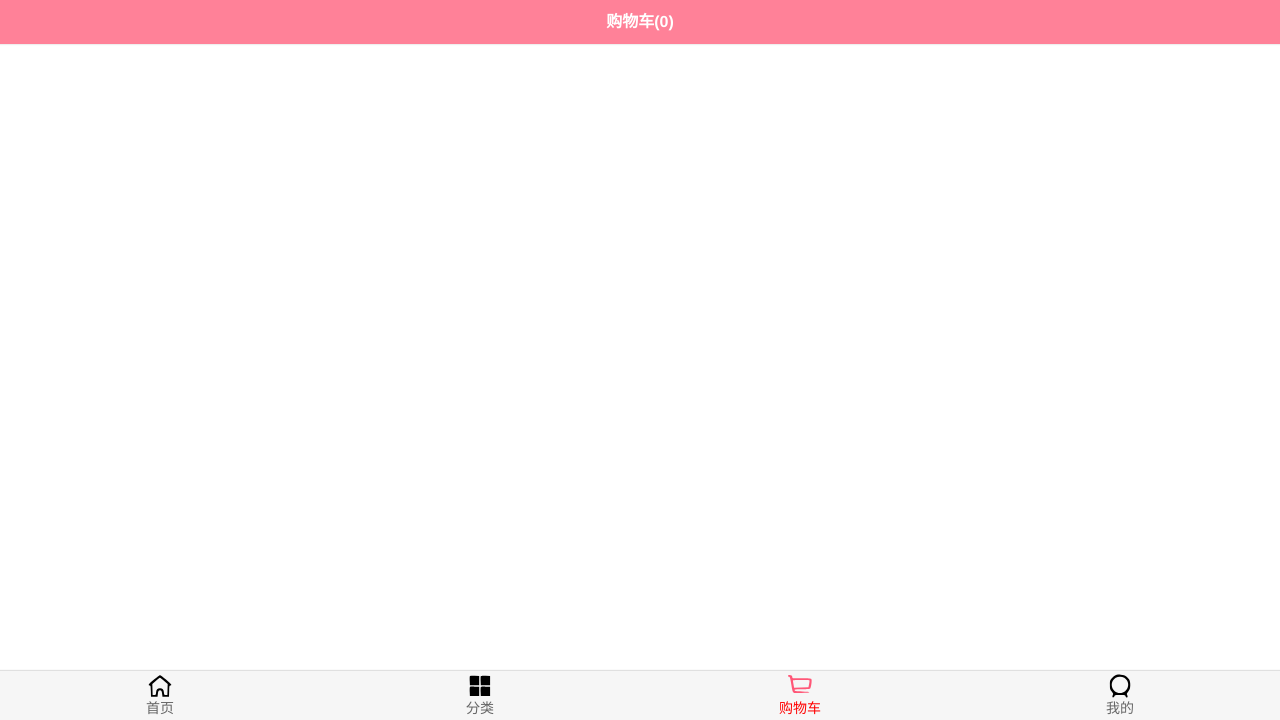
Repository: 2074623967/mymall
Page: /cart
An editor plug-in stored every save of this project. The page is shown before and after the next save, followed by the edit.
The browser window is 1280 px wide. The pictures show the whole page.
The project was rebuilt for these pictures with package versions that can differ from the ones it lists, and the page was loaded fresh each time. Also part of the build but not shown: vue.config.js, src/views/cart/childComps/CheckButton.vue, src/views/cart/childComps/CartListItem.vue. Imported but missing from the stored project, and not drawn on this page: src/common/const.

Above is the page before, as saved 2021-09-01 19:51:54.

After the next save:
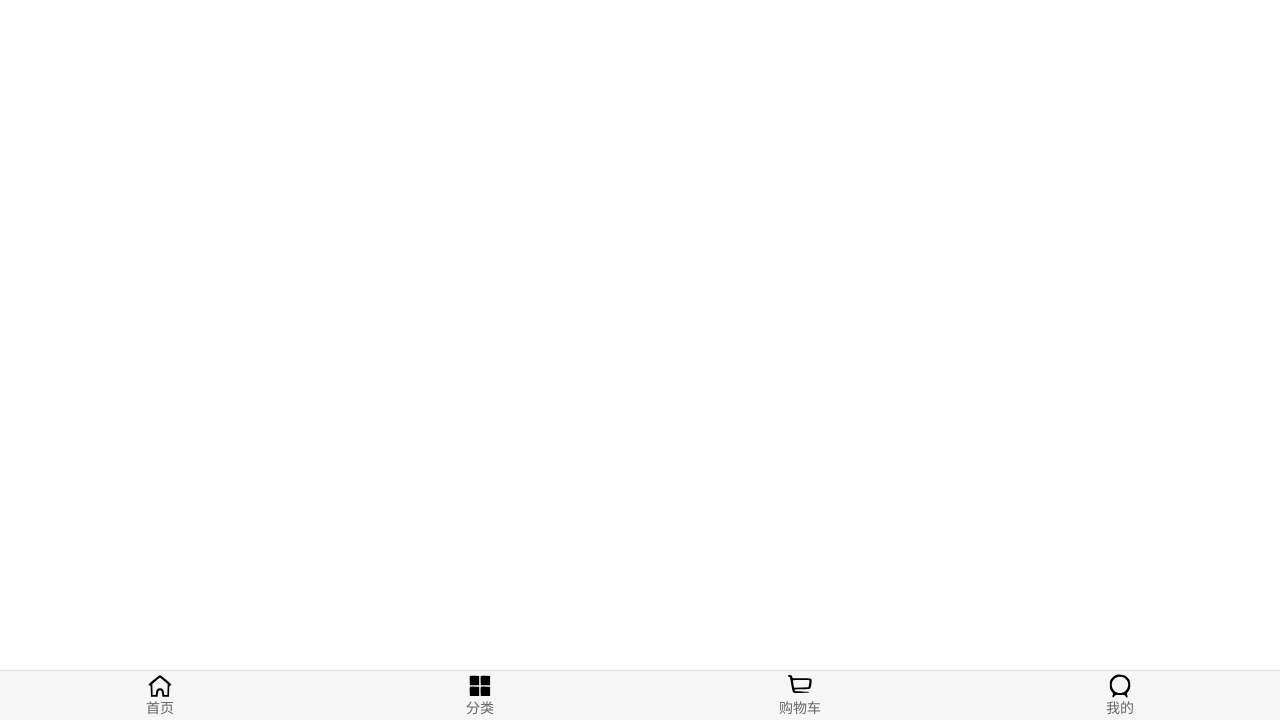
Saved 119 s later.
--- a/src/views/cart/Cart.vue
+++ b/src/views/cart/Cart.vue
@@ -5,17 +5,20 @@
       <!--商品列表-->
     <cart-list/>
     <!--底部汇总价格-->
+    <cart-bottom-bar/>
   </div>
 </template>
 
 <script>
 import CartNavBar from './childComps/CartNavBar'
 import CartList from './childComps/CartList'
+import CartBottomBar from './childComps/CarBottomBar'
   export default {
     name: "Cart",
     components:{
       CartNavBar,
-      CartList
+      CartList,
+      CarBottomBar
     }
   }
 </script>

After the 2 saves that followed:
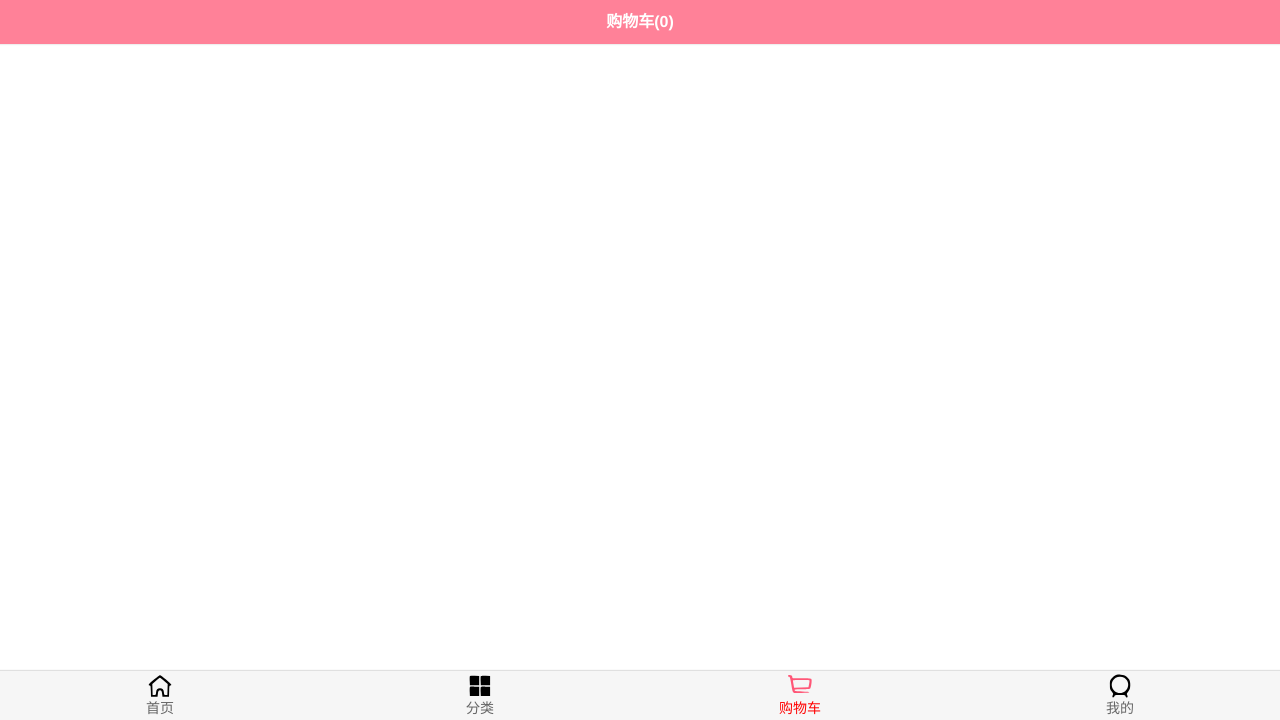
The 2 saves are shown as one change because 1 left the picture as it was.
The last was saved 41 s later.
--- a/src/views/cart/Cart.vue
+++ b/src/views/cart/Cart.vue
@@ -18,7 +18,7 @@
     components:{
       CartNavBar,
       CartList,
-      CarBottomBar
+      CartBottomBar
     }
   }
 </script>
